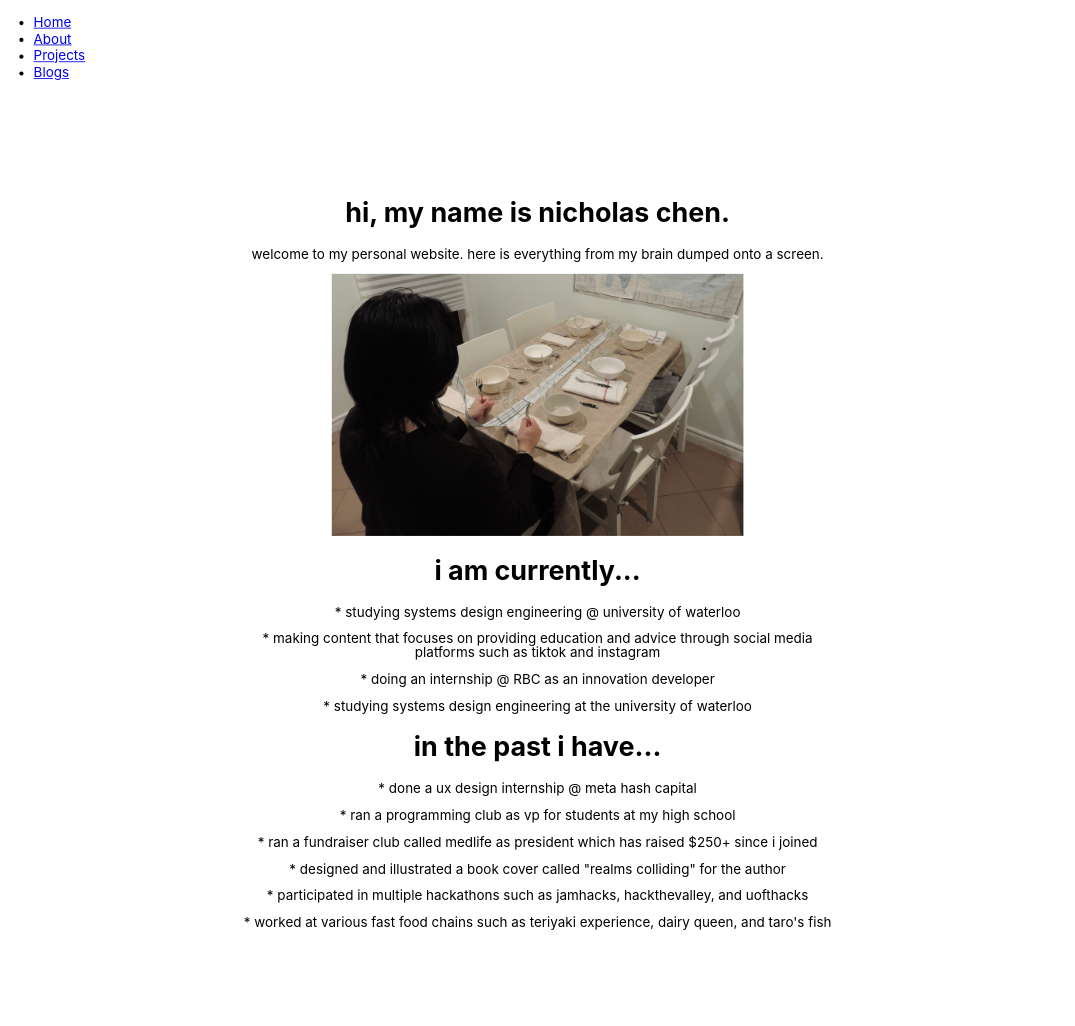
Repository: nicholaschen09/personalWebsite
Page: /
The author's editor kept a copy of each file at every save. The page is drawn from the files as they stood at one save, then again after the next save.
The browser window is 1280 px wide. The pictures show the whole page, at 84% of full size.
The project was rebuilt for these pictures with package versions that can differ from the ones it lists, and the page was loaded fresh each time. Also part of the build but not shown: src/components/About.css, src/components/About.js, src/components/Projects.css, src/components/Projects.js, src/components/Blog.css, src/components/Blog.js, src/components/Miscellaneous.css, src/components/Miscellaneous.js and 4 more.

Above is the page before, as saved 2024-05-23 13:47:40.

After the next save:
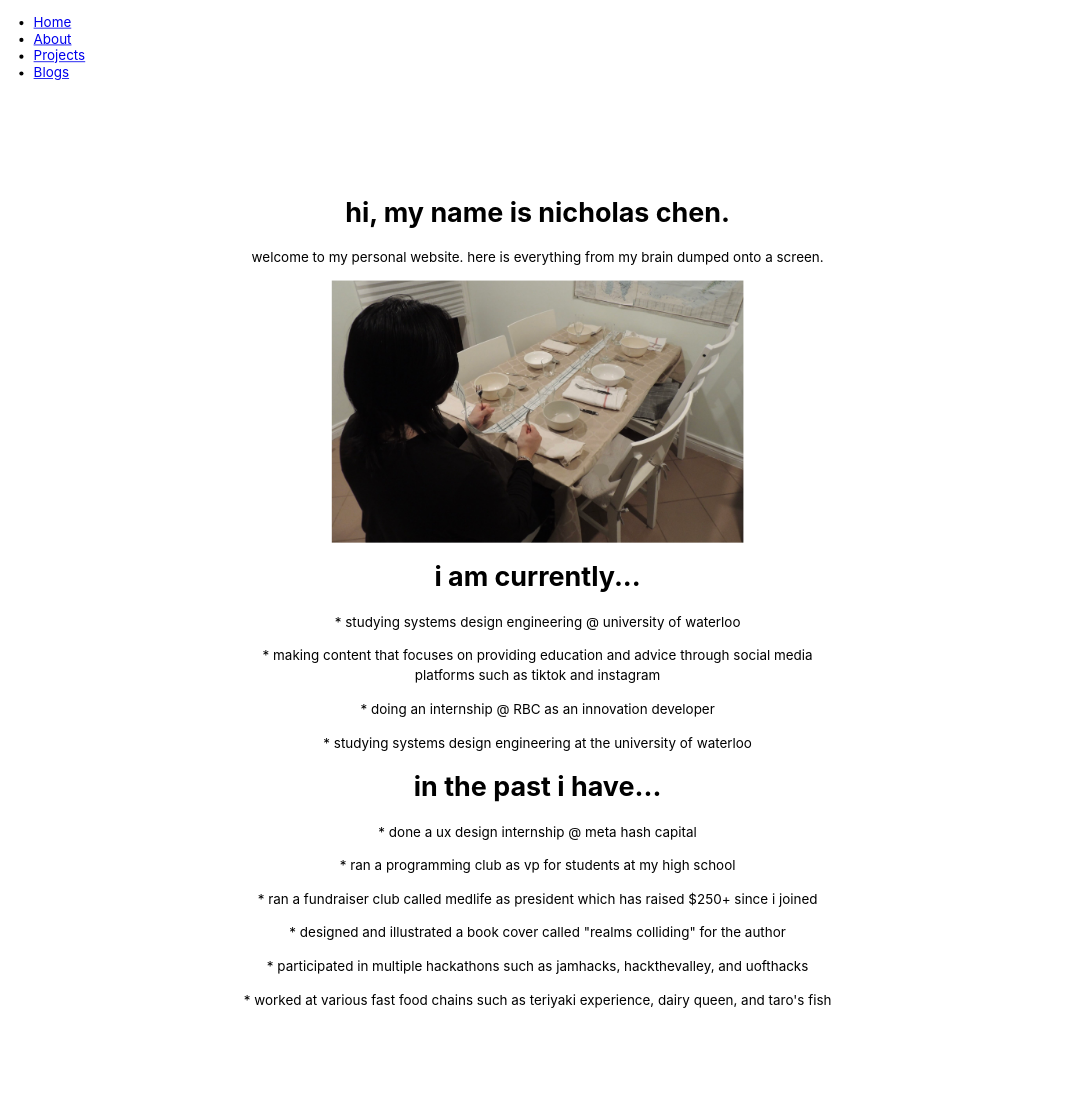
Saved 6 s later.
--- a/src/components/Home.css
+++ b/src/components/Home.css
@@ -14,5 +14,5 @@
     display: block;
 }
 p {
-    line-height: 1;
+    line-height: 1.5;
 }

After the save that followed:
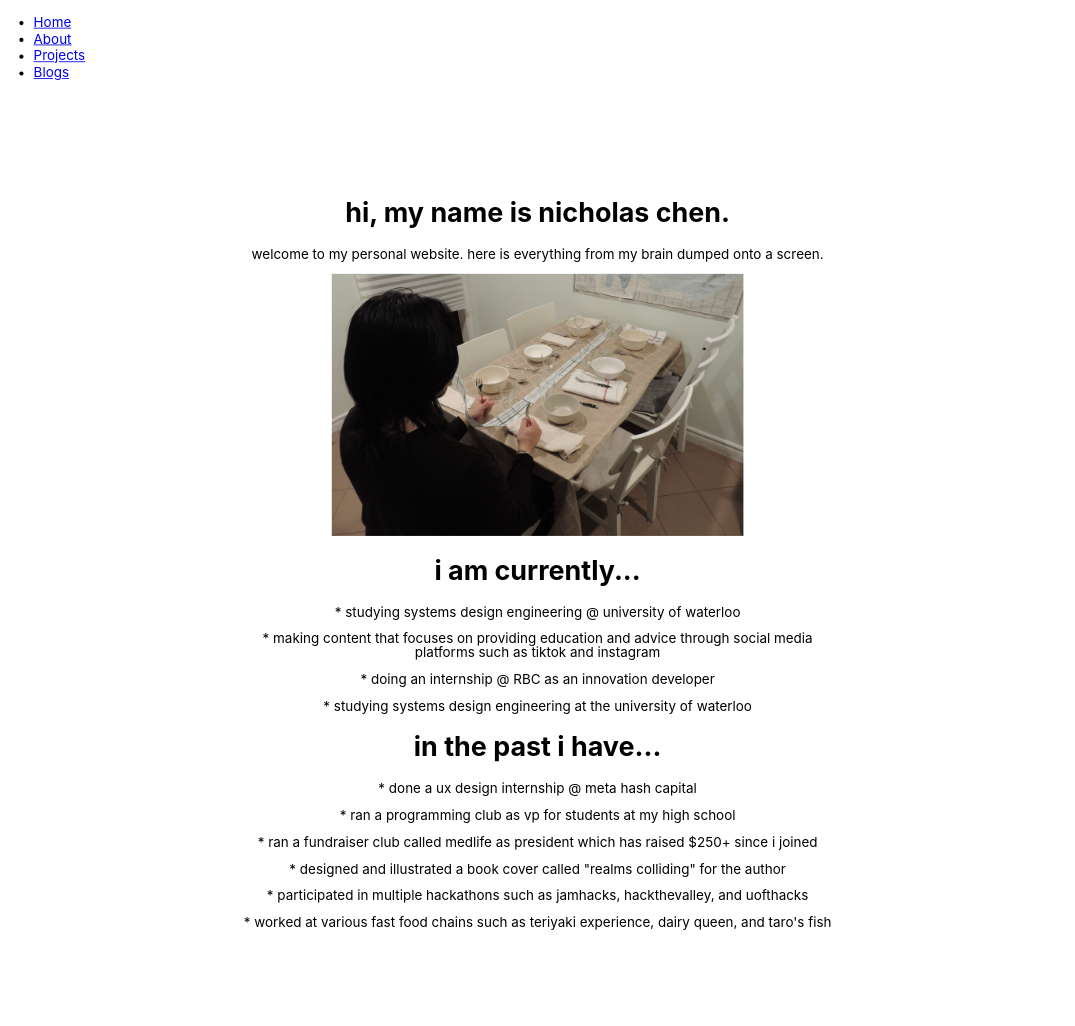
Saved 8 s later.
--- a/src/components/Home.css
+++ b/src/components/Home.css
@@ -14,5 +14,5 @@
     display: block;
 }
 p {
-    line-height: 1.5;
+    line-height: 1;
 }
